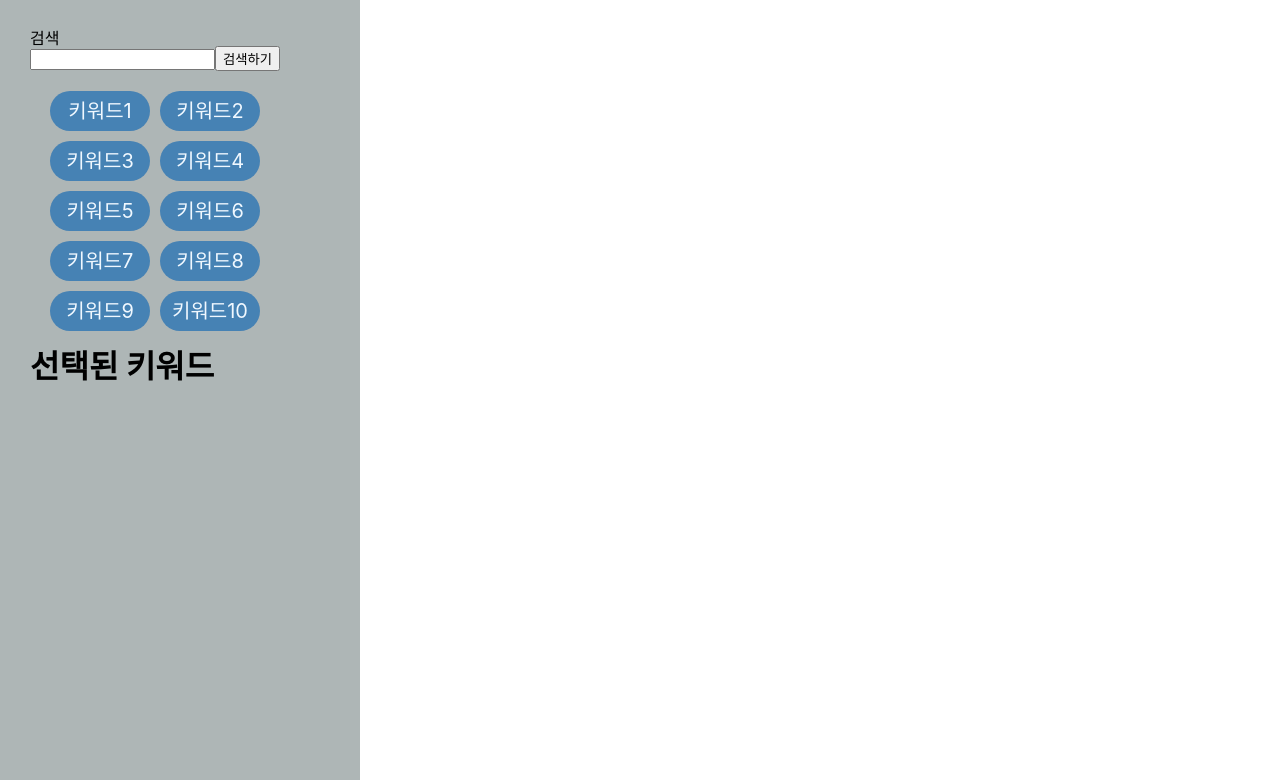
Repository: sunoo-lee/Star-Explore
Page: /
These files come from the project's save history. The page is drawn as it stood at one moment and after the next save; the edit follows.
The browser window is 1280 px wide. The pictures show the whole page.
The project was rebuilt for these pictures with package versions that can differ from the ones it lists, and the page was loaded fresh each time.

Above is the page before, as saved 2022-10-14 04:38:31.

### src/index.js
import React from "react";
import ReactDOM from "react-dom/client";
import "./reset.css";
import "./Style.css";
import App from "./components/App";
// import reportWebVitals from "./reportWebVitals";

const root = ReactDOM.createRoot(document.getElementById("root"));
root.render(
  <React.StrictMode>
    <App />
  </React.StrictMode>
);

// reportWebVitals();

### src/Style.css
html,
body,
#root {
  height: 100%;
}

body {
  margin: 0;
  font-family: -apple-system, BlinkMacSystemFont, "Segoe UI", "Roboto", "Oxygen",
    "Ubuntu", "Cantarell", "Fira Sans", "Droid Sans", "Helvetica Neue",
    sans-serif;
  -webkit-font-smoothing: antialiased;
  -moz-osx-font-smoothing: grayscale;
}
.container {
  height: 100%;
}

.nav {
  padding: 30px;
  background-color: rgb(174, 182, 182);
  width: 300px;
  height: 100%;
}
h1 {
  font-size: 3rem;
  font-weight: 700;
}
.keyword {
  padding: 20px;
}
.keyword ul {
  display: grid;
  grid-template-columns: 100px 100px;
  gap: 10px;
}
.keyword ul li {
  cursor: pointer;
}
.keyword ul li span {
  display: inline-block;
  font-size: 20px;
  width: 100px;
  height: 40px;
  line-height: 40px;
  text-align: center;
  background-color: lightskyblue;
  border-radius: 25px;
}

.keyword ul li .off {
  background-color: steelblue;
  color: aliceblue;
}
h2 {
  font-size: 2rem;
  font-weight: 700;
}
.selected span {
  display: inline-block;
  font-size: 1.2rem;
  margin: 10px;
}

### src/components/App.js
import AppRouter from "./Router";

function App() {
  return (
    <>
      <AppRouter />
    </>
  );
}

export default App;

### src/components/Router.js
import { HashRouter as Router, Route, Routes } from "react-router-dom";
import Home from "../routes/Home";

const AppRouter = () => {
  return (
    <Router>
      <Routes>
        <Route exact path="/" element={<Home />} />
      </Routes>
    </Router>
  );
};

export default AppRouter;

### src/routes/Home.js
import React, { useState } from "react";

const Home = () => {
  const [select, setSelect] = useState([]);
  const onClick = (event) => {
    const keyword_btn = event.target;
    keyword_btn.className === "off"
      ? (keyword_btn.className = "on")
      : (keyword_btn.className = "off");

    const selected = event.target.innerText;
    if (keyword_btn.className === "on") {
      setSelect([...select, selected]);
    } else if (keyword_btn.className === "off") {
      setSelect(select.filter((key) => key !== selected));
    }
    console.log(select);
  };
  return (
    <div className="container">
      <div className="nav">
        <form>
          <div>검색</div>
          <input type="text" />
          <button>검색하기</button>
        </form>
        <div className="keyword">
          <ul>
            <li>
              <span className="off" onClick={onClick}>
                키워드1
              </span>
            </li>
            <li>
              <span className="off" onClick={onClick}>
                키워드2
              </span>
            </li>
            <li>
              <span className="off" onClick={onClick}>
                키워드3
              </span>
            </li>
            <li>
              <span className="off" onClick={onClick}>
                키워드4
              </span>
            </li>
            <li>
              <span className="off" onClick={onClick}>
                키워드5
              </span>
            </li>
            <li>
              <span className="off" onClick={onClick}>
                키워드6
              </span>
            </li>
            <li>
              <span className="off" onClick={onClick}>
                키워드7
              </span>
            </li>
            <li>
              <span className="off" onClick={onClick}>
                키워드8
              </span>
            </li>
            <li>
              <span className="off" onClick={onClick}>
                키워드9
              </span>
            </li>
            <li>
              <span className="off" onClick={onClick}>
                키워드10
              </span>
            </li>
          </ul>
        </div>
        <h2>선택된 키워드</h2>
        <div className="selected">
          {select.map((key, index) => (
            <span key={index}>{key}</span>
          ))}
        </div>
      </div>
    </div>
  );
};

export default Home;

Loaded but not shown: public/index.html (common file); src/reset.css (common file)

After the next save:
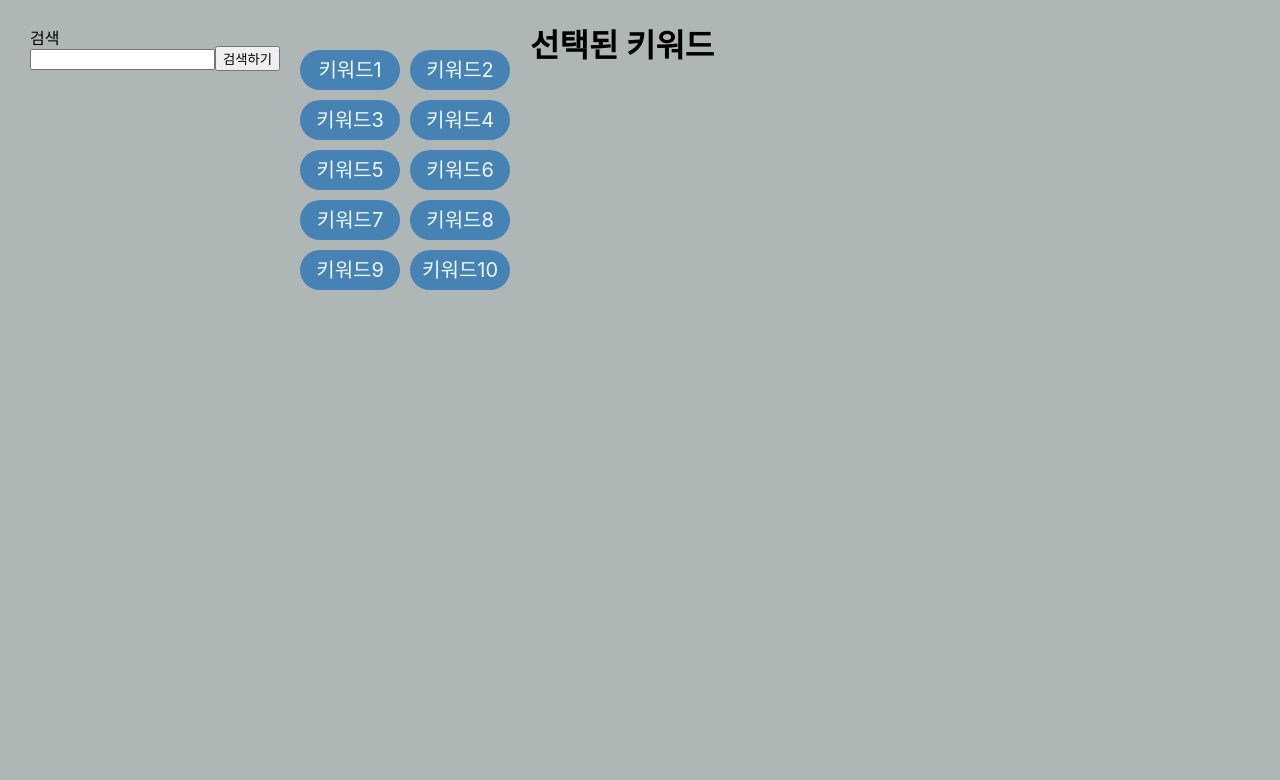
Saved 7 s later.
--- a/src/Style.css
+++ b/src/Style.css
@@ -19,7 +19,8 @@ body {
 .nav {
   padding: 30px;
   background-color: rgb(174, 182, 182);
-  width: 300px;
+  /* width: 300px; */
+  display: flex;
   height: 100%;
 }
 h1 {
